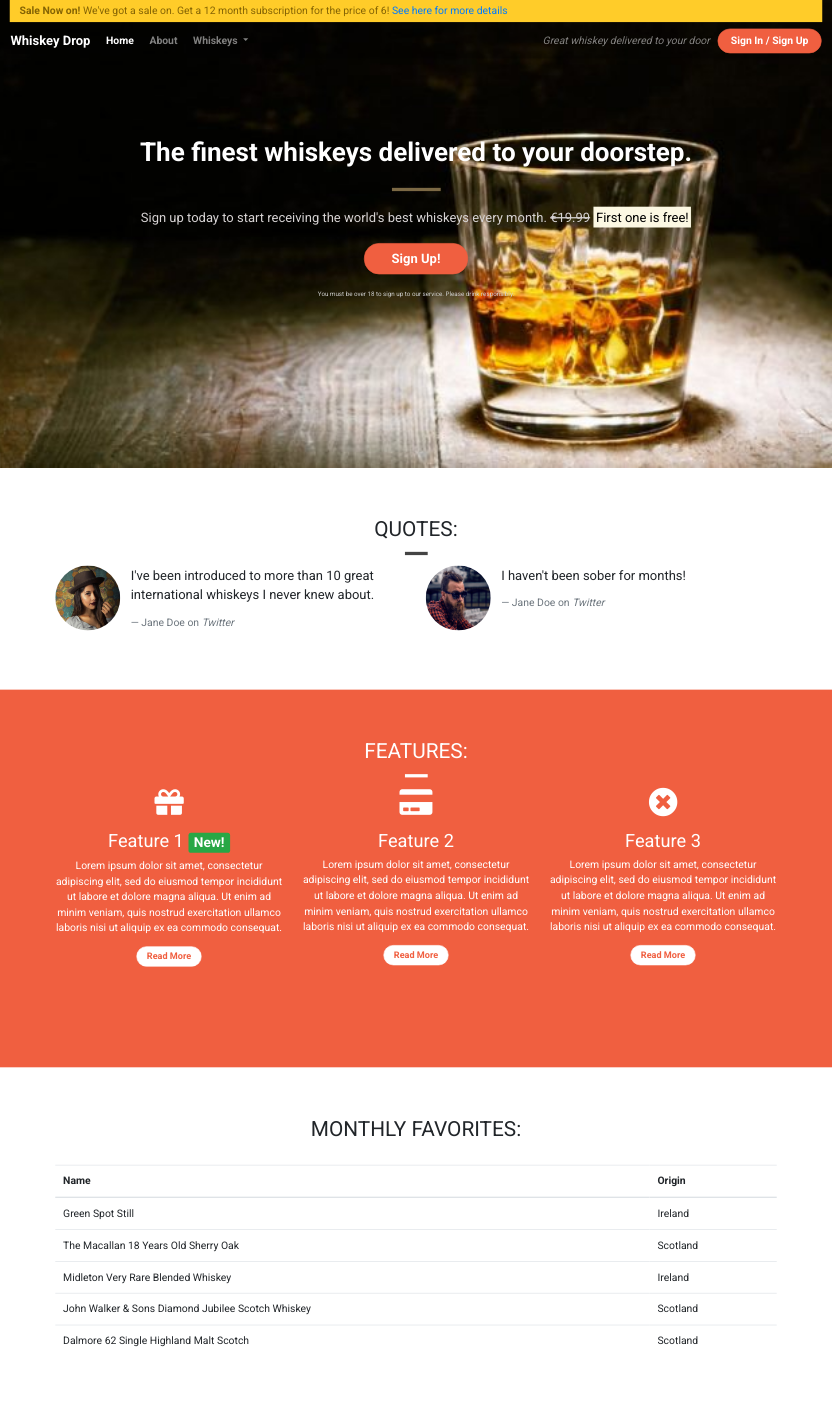
Repository: grisselfaura/BootstrappingYourNextBigIdea-BS4
Page: index.html
The author's editor kept a record of every edit. The page is drawn from the files as they stood at one moment, then again after the next edit.
The browser window is 1280 px wide. The pictures show the whole page, at 65% of full size.
Backgrounds fixed to the window are drawn as part of the page. Some web libraries are served in a nearby version.

Above is the page before.

After the next edit:
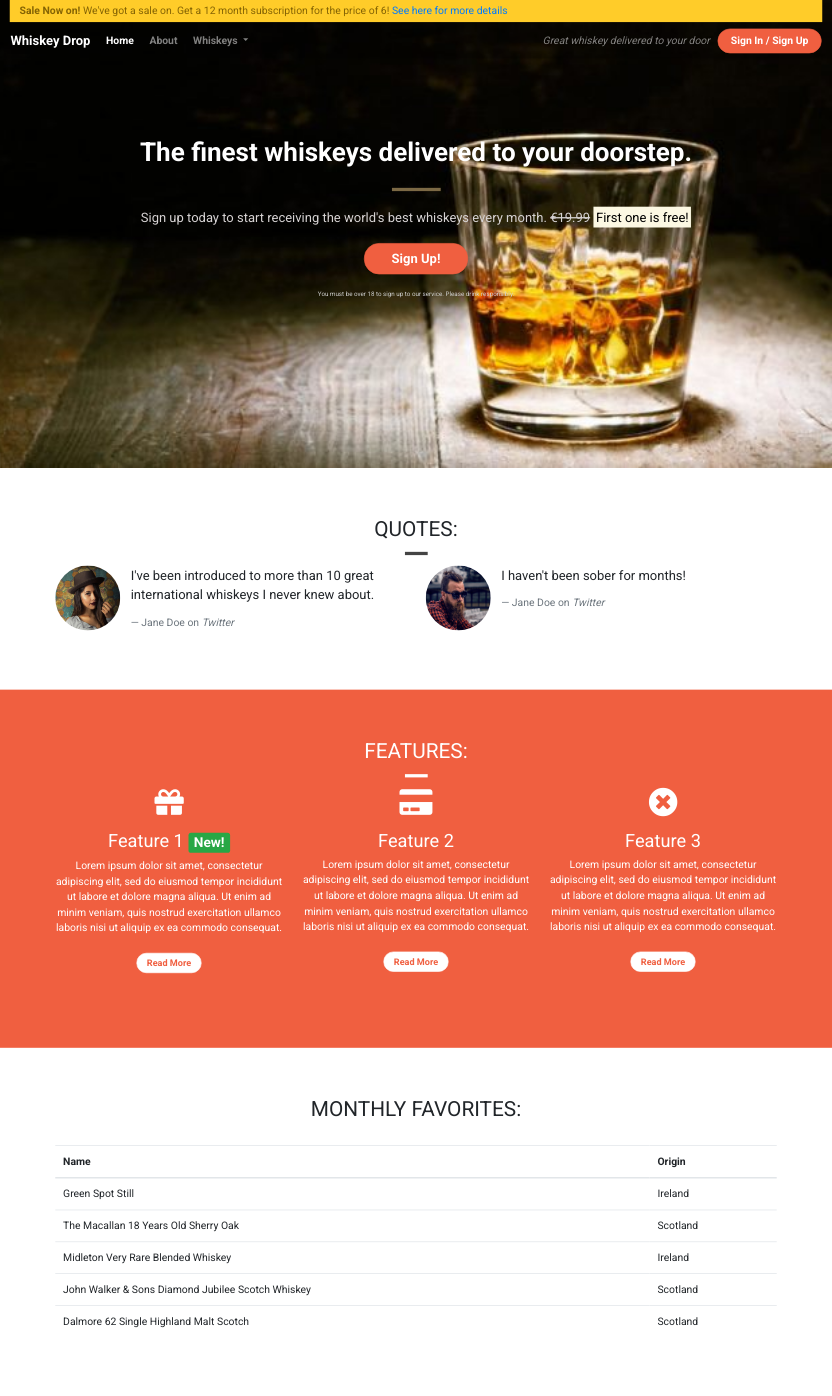
The edit:
--- a/css/style.css
+++ b/css/style.css
@@ -181,6 +181,6 @@
     border-radius: 15px;
     min-width: 100px;
     font-weight: bold;
-    margin-bottom : 40px;
+    margin-top: 10px;
     color: #f05f40;
 }
